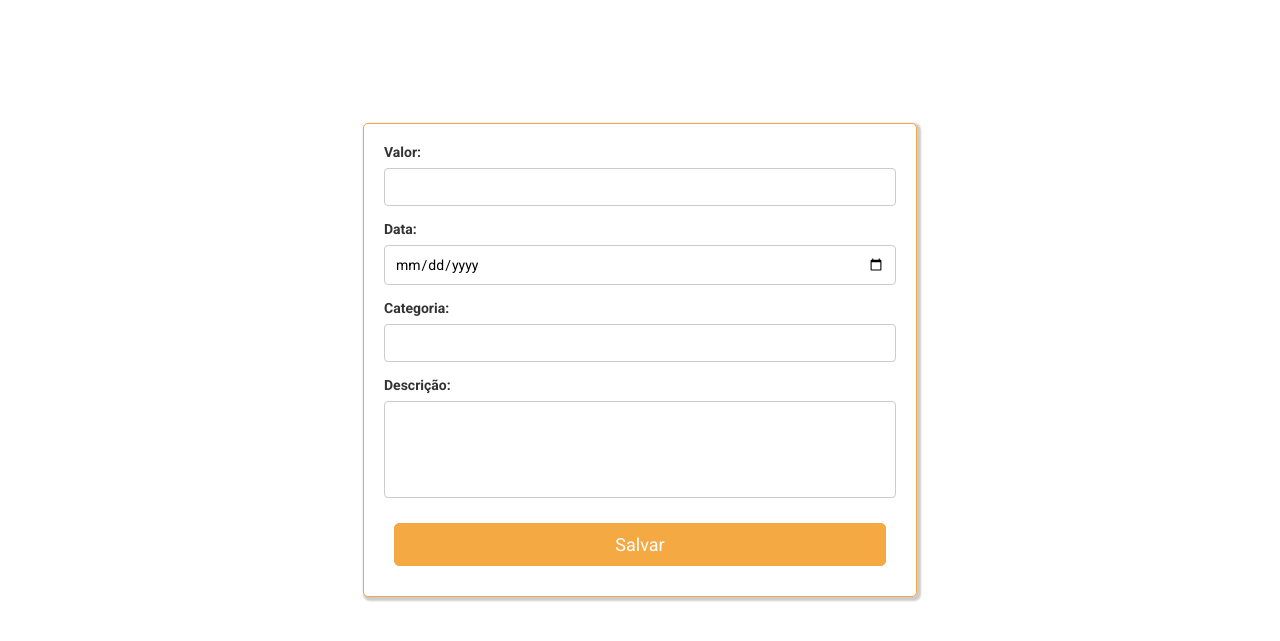
Repository: alexsanderkafka/java-servlets
Page: http://localhost/SaveMoney/cadastrarDespesa.jsp
An editor plug-in stored every save of this project. The page is shown before and after the next save, followed by the edit.
The browser window is 1280 px wide. The pictures show the whole page.
The page is served by Tomcat 9. Nobody is signed in. The application's start-up code is not run. Other server files are loaded and not shown.

Above is the page before, as saved 2024-10-03 12:51:10.

### SaveMoney/src/main/webapp/cadastrarDespesa.jsp
<%@ page language="java" contentType="text/html; charset=UTF-8"
    pageEncoding="UTF-8"%>
<!DOCTYPE html>
<html>
<head>
	<meta charset="UTF-8">
	<title>Insert title here</title>
	<link rel="stylesheet" href="styles/style.css">
</head>
<body>

	<div class="container-initial">
        <div class="box-register">
        	<label>Valor: </label>
        	<input type="number">
        	<label>Data: </label>
        	<input type="date">
        	<label>Categoria: </label>
        	<input type="text">
        	<label>Descrição: </label>
        	<textarea rows="5" cols="2"></textarea>
        	<button class="button-page-index">Salvar</button>
        </div>
    </div>

</body>
</html>

### SaveMoney/src/main/webapp/styles/style.css
@import url('https://fonts.googleapis.com/css2?family=Roboto:ital,wght@0,100;0,300;0,400;0,500;0,700;0,900;1,100;1,300;1,400;1,500;1,700;1,900&display=swap');

html, body, div, span, applet, object, iframe,
h1, h2, h3, h4, h5, h6, p, blockquote, pre,
a, abbr, acronym, address, big, cite, code,
del, dfn, em, img, ins, kbd, q, s, samp,
small, strike, strong, sub, sup, tt, var,
b, u, i, center,
dl, dt, dd, ol, ul, li,
fieldset, form, label, legend,
table, caption, tbody, tfoot, thead, tr, th, td,
article, aside, canvas, details, embed,
figure, figcaption, footer, header, hgroup,
menu, nav, output, ruby, section, summary,
time, mark, audio, video {
    margin: 0;
    padding: 0;
    border: 0;
    font-size: 100%;
    font: inherit;
    vertical-align: baseline;
}

/*CSS INDEX*/

.container-initial {
    width: 100vw;
    height: 100vh;
    display: flex;
    flex-direction: column;
    justify-content: center;
    align-items: center;
}

.container-initial h1{
    font-size: 64px;
    font-family: "Roboto", system-ui;
    font-weight: 600;
    text-decoration: underline;
    text-decoration-color: #F4A942;
    margin-bottom: 25px;
}

.box-menu {
    width: 300px;
    height: 300px;
    background: white;
    border: 1px solid #F4A942;
    border-radius: 5px;
    display: flex;
    flex-direction: column;
    justify-content: center;
    box-shadow: 2px 2px 2px 2px rgba(0, 0, 0, 0.2);
}


.button-page-index{
	margin: 10px;
	padding: 10px;
	border: 1px solid #F4A942;
	background: #F4A942;
	border-radius: 5px;
	color: white;
	font-weight: 400;
	font-family: "Roboto", system-ui;
	font-size: 18px;
	transition: background-color 0.5s ease;
}

.button-page-index:hover{
	background-color: #f7b64e;
}

/*CSS PAGINA CADASTRO DE DESPESA*/
.container-initial {
    font-family: 'Roboto', sans-serif;
}

.box-register {
    width: 40%;
    height: 60%;
    background: white;
    border: 1px solid #F4A942;
    border-radius: 5px;
    padding: 20px;

    display: flex;
    flex-direction: column;
    /*
    justify-content: center;*/
    box-shadow: 2px 2px 2px 2px rgba(0, 0, 0, 0.2);
}

.container-initial label {
    display: block;
    margin-bottom: 8px;
    font-weight: bold;
    font-size: 14px;
    color: #333;
}

.container-initial input,
.container-initial textarea {
    width: 100%;
    padding: 10px;
    margin-bottom: 15px;
    border: 1px solid #ccc;
    border-radius: 4px;
    box-sizing: border-box;
    font-family: 'Roboto', sans-serif;
    font-size: 14px;
}

.container-initial textarea {
    resize: none;
}

After the next save:
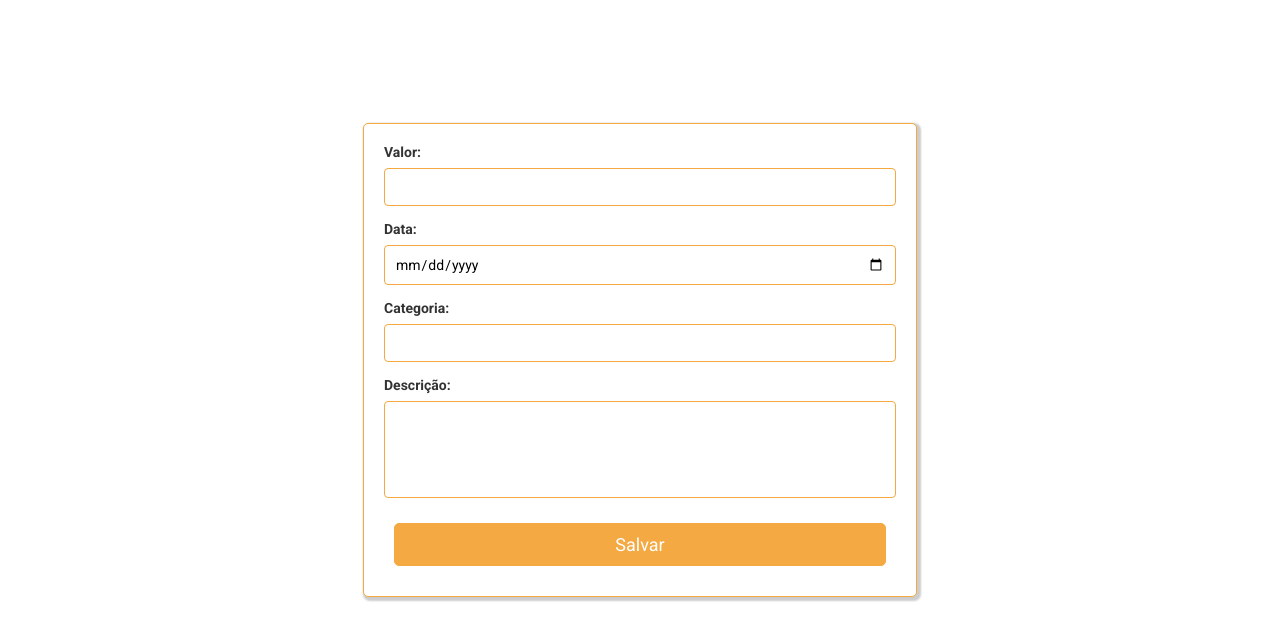
Saved 22 s later.
--- a/SaveMoney/src/main/webapp/styles/style.css
+++ b/SaveMoney/src/main/webapp/styles/style.css
@@ -104,7 +104,7 @@
     width: 100%;
     padding: 10px;
     margin-bottom: 15px;
-    border: 1px solid #ccc;
+    border: 1px solid #F4A942;
     border-radius: 4px;
     box-sizing: border-box;
     font-family: 'Roboto', sans-serif;
